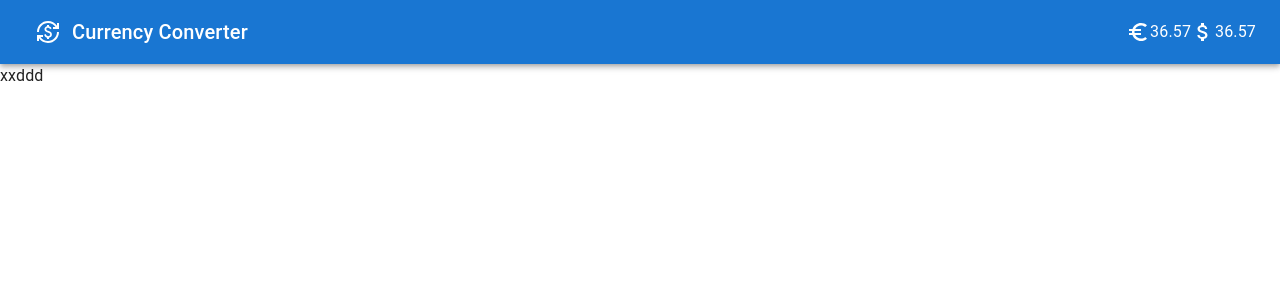
Repository: rutsguifd/currency-converter
Page: /
An editor plug-in stored every save of this project. The page is shown before and after the next save, followed by the edit.
The browser window is 1280 px wide. The pictures show the whole page.
The project was rebuilt for these pictures with package versions that can differ from the ones it lists, and the page was loaded fresh each time.

Above is the page before, as saved 2023-03-27 23:07:31.

After the next save:
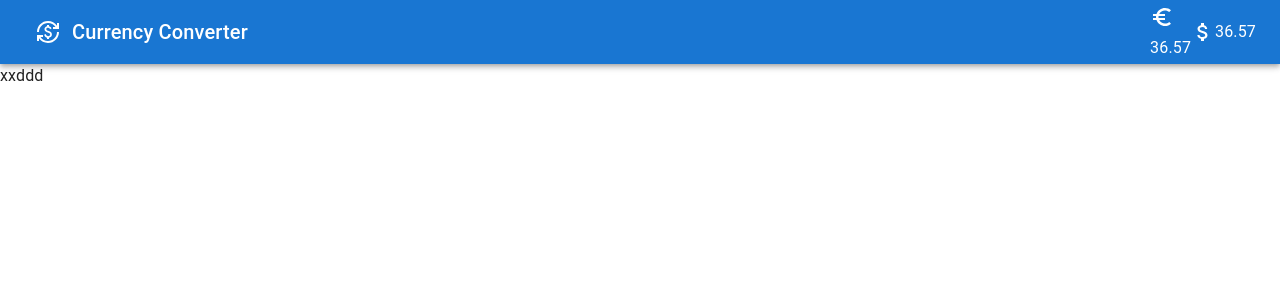
Saved 23 s later.
--- a/src/components/Header.jsx
+++ b/src/components/Header.jsx
@@ -32,8 +32,10 @@
           <Typography variant="h6" component="div" sx={{ flexGrow: 1 }}>
             Currency Converter
           </Typography>
-          <EuroSymbolIcon />
-          <Typography>36.57</Typography>
+          <Box>
+            <EuroSymbolIcon />
+            <Typography>36.57</Typography>
+          </Box>
           <AttachMoneyIcon />
           <Typography>36.57</Typography>
         </Toolbar>

After the 2 saves that followed:
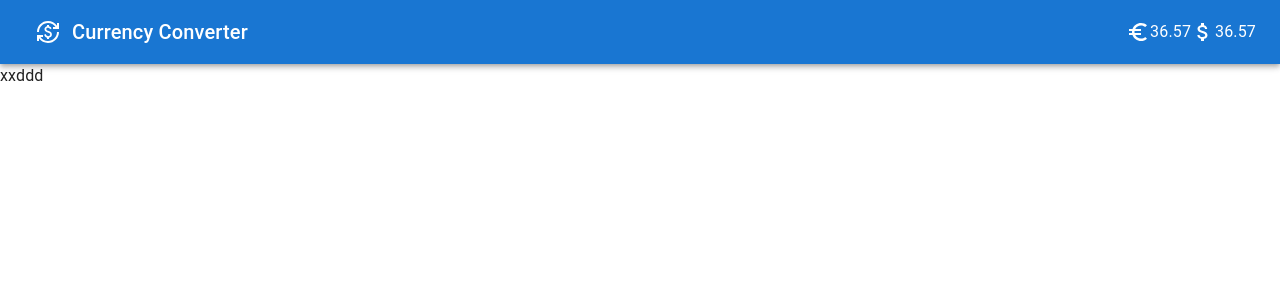
The 2 saves are shown as one change because 1 left the picture as it was.
The last was saved 31 s later.
--- a/src/components/Header.jsx
+++ b/src/components/Header.jsx
@@ -32,7 +32,7 @@
           <Typography variant="h6" component="div" sx={{ flexGrow: 1 }}>
             Currency Converter
           </Typography>
-          <Box>
+          <Box display="flex" flexDirection="row">
             <EuroSymbolIcon />
             <Typography>36.57</Typography>
           </Box>
